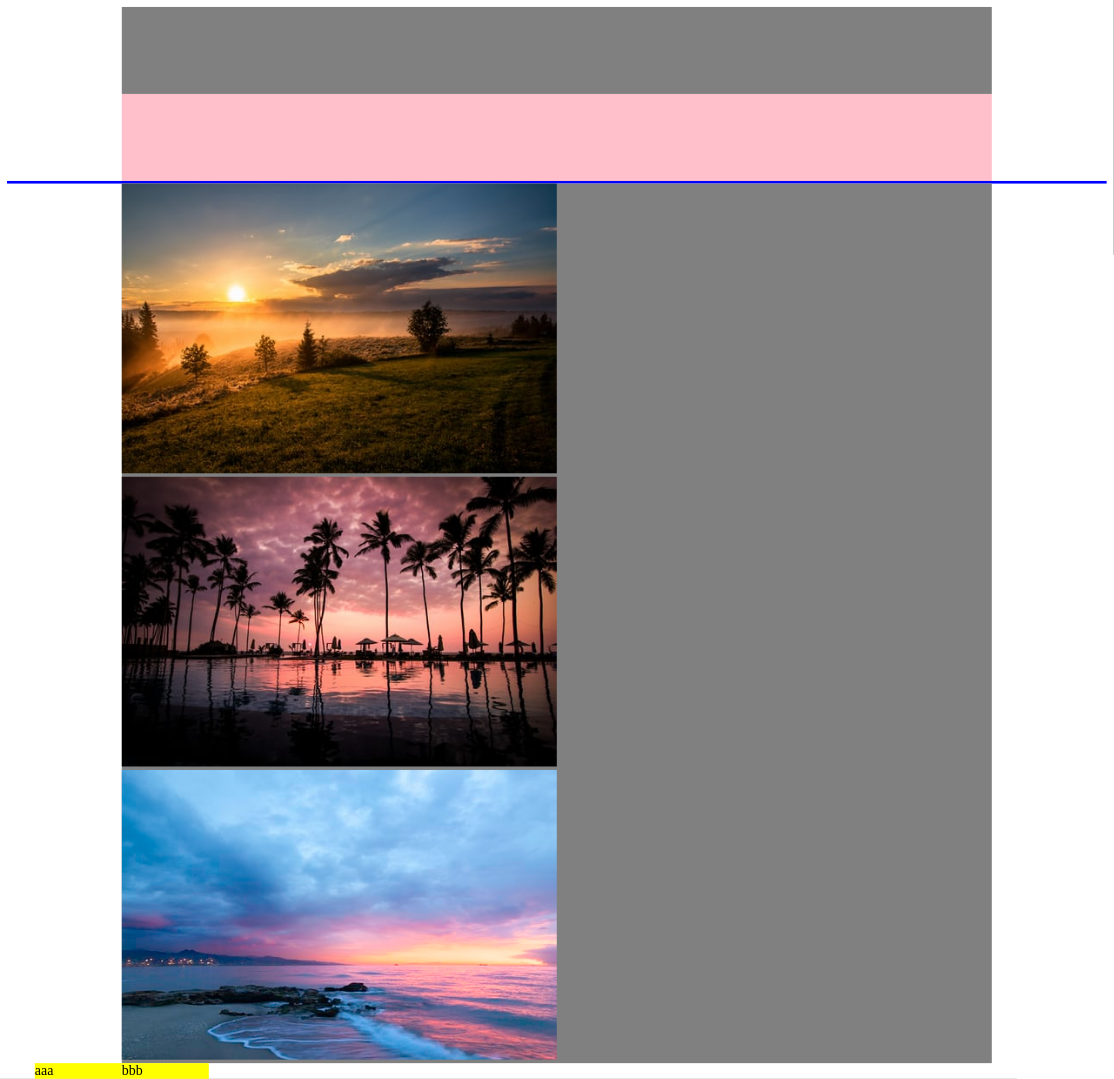
Repository: ArchivvonJang/learn_program_language
Page: webApp/WebContent/Javascript/js21_scrollBanner/img/js21_scrollBanner.html
An editor plug-in stored every save of this project. The page is shown before and after the next save, followed by the edit.
The browser window is 1280 px wide. The pictures show the whole page, at 87% of full size.

Above is the page before, as saved 2021-03-04 01:03:32.

### webApp/WebContent/Javascript/js21_scrollBanner/img/js21_scrollBanner.html
<!DOCTYPE html>
<html>
<head>
<meta charset="UTF-8">
<title>Insert title here</title>
<style>
	#header1, #header2{
		height:100px;
		width:1000px;
		margin:0 auto;
	}
	#header1{
		background-color:gray;
	}
	#header2{
		background-color:pink;
	}
	#bar{
		height:3px;
		background-color:blue;
	}
	#content{
		width:1000px;
		margin:0 auto;
		background-color:gray;
		position:relative;

	}

	/*배너*/
	#leftBanner, #rightBanner{
		position:absolute;
		width:100px;
		background-color:yellow;
	}
	#leftBanner{
		left:-100px;
	}

</style>
</head>
<body>
<div id= "header1"></div>
<div id="header2"></div>
<div id="bar"></div>
<div id="content">
	<img src="../img/sunset1.jpg"/>
	<img src="../img/sunset2.jpg"/>
	<img src="../img/sunset3.jpg"/>

	<!-- 배너 -->
	<div id="leftBanner">aaa</div>
	<div id="rightBanner">bbb</div>

	</div>
</body>
</html>

After the next save:
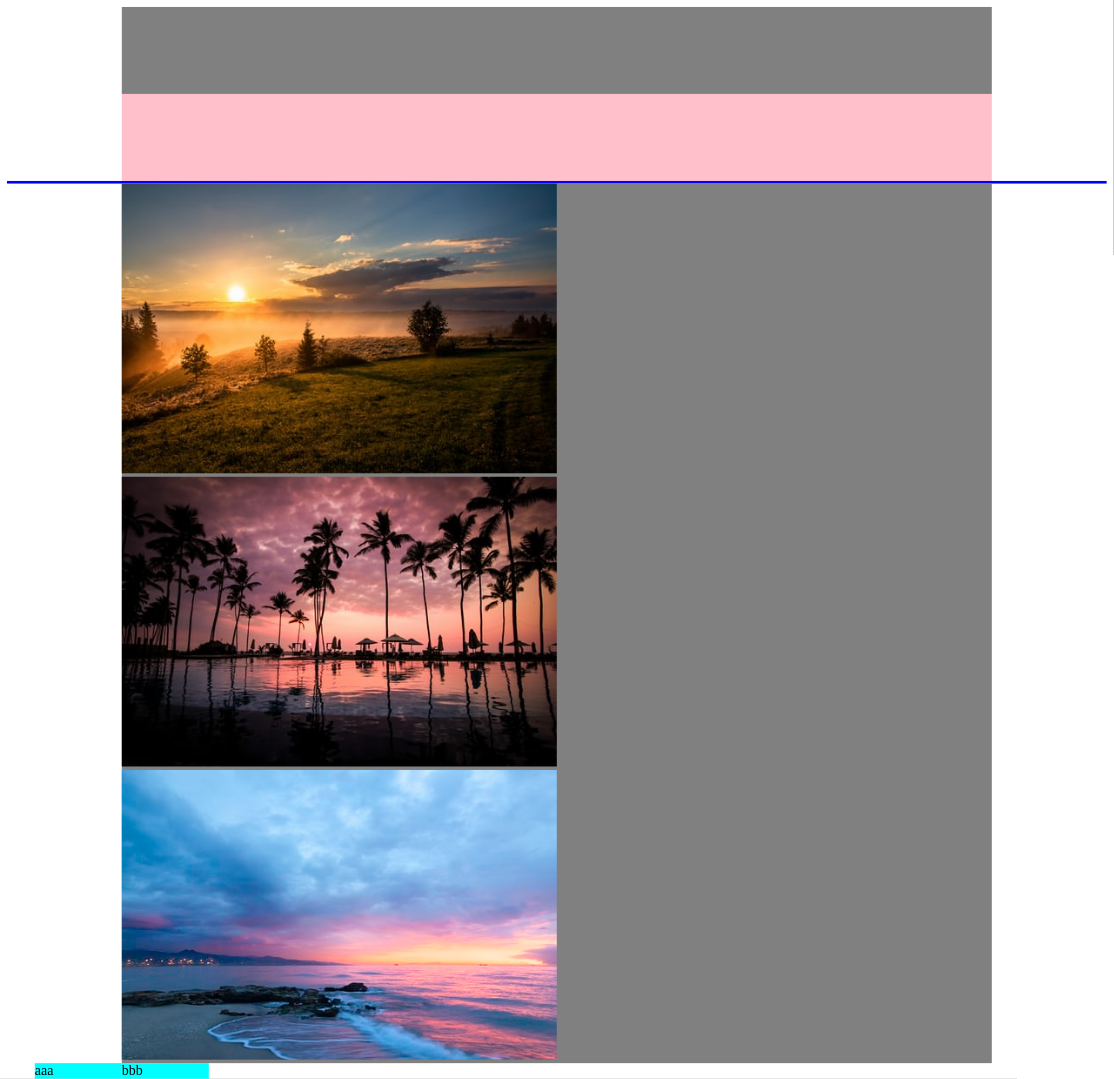
Saved 10 s later.
--- a/webApp/WebContent/Javascript/js21_scrollBanner/img/js21_scrollBanner.html
+++ b/webApp/WebContent/Javascript/js21_scrollBanner/img/js21_scrollBanner.html
@@ -31,7 +31,7 @@
 	#leftBanner, #rightBanner{
 		position:absolute;
 		width:100px;
-		background-color:yellow;
+		background-color:cyan;
 	}
 	#leftBanner{
 		left:-100px;
